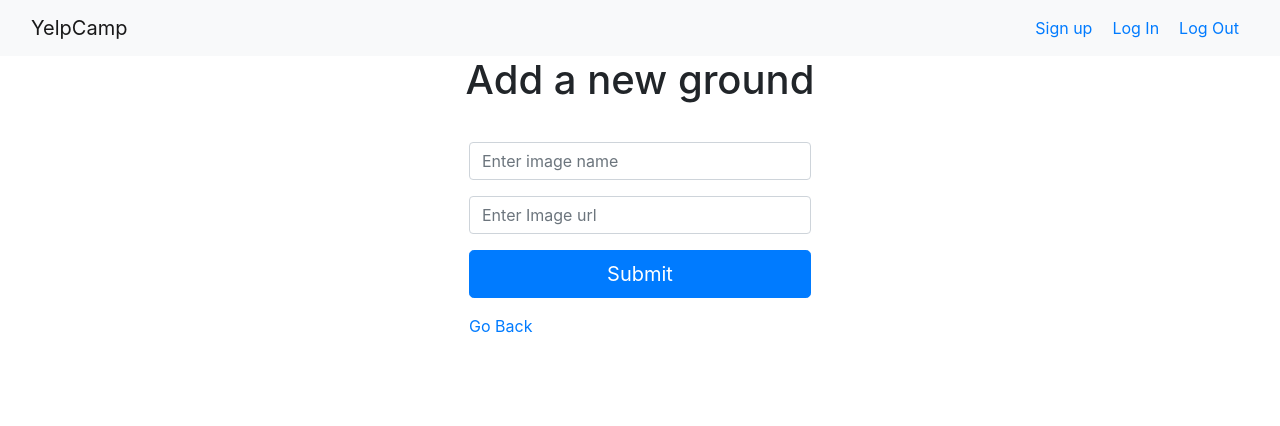
Repository: N-Verma/Webdev-Backend-
Page: http://localhost/campgrounds/new
The author's editor kept a record of every edit. The page is drawn from the files as they stood at one moment, then again after the next edit.
The browser window is 1280 px wide. The pictures show the whole page.
The page is served by the project's Node server (YelpCamp/v2/app.js).

Above is the page before.

### Web dev (backend)/environment/YelpCamp/v2/views/new.ejs
<%include partials/header%>
<div class="container">
    <h1 style="text-align:center;">Add a new ground</h1>
    <div class="row">
        <div style = "width:30%; margin:30px auto;">
            <form action="/campgrounds" method="POST">

                <div class="form-group">
                    <input class="form-control"type="text" name="name" placeholder="Enter image name">
                </div>
                <div class="form-group">
                    <input class="form-control"type="text" name="img" placeholder="Enter Image url">
                </div>
                <div class="form-group">
                    <button class="btn btn-lg btn-primary btn-block">Submit</button>
                </div>

            </form>
            <a href="/campgrounds">Go Back</a>
        </div>
    </div>

</div>

<%include partials/footer%>

### Web dev (backend)/environment/YelpCamp/v2/views/partials/header.ejs
 <!DOCTYPE html>
 <html>
     <head>
         <title>YelpCamp</title>
         <link href="https://stackpath.bootstrapcdn.com/bootstrap/4.3.1/css/bootstrap.min.css" rel="stylesheet">
         <style>
             .navbar-nav > li{
                  padding-left:10px;
                  padding-right:10px;
            }
            image{
                margin-left:20px;
                margin-right:20px;
            }
         </style>
    </head>
    <body>
    <nav class="navbar navbar-expand-lg navbar-light bg-light">
        <div class="container-fluid">
            <div class="navbar-header">
                <a class="navbar-brand" href="/">YelpCamp</a>
            </div>
            <div class="collapse navbar-collapse">
                <ul class="nav navbar-nav ml-auto">
                    <li><a href="/">Sign up</a></li>
                    <li><a href="/">Log In</a></li>
                    <li><a href="/">Log Out</a></li>
                </ul>
            </div>
        </div>
    </nav>

### Web dev (backend)/environment/YelpCamp/v2/views/partials/footer.ejs

    </body>
 </html>

### Web dev (backend)/environment/YelpCamp/v2/app.js
var express = require("express");
var app  = express();
var bodyParser = require("body-parser");
var mongoose = require("mongoose");

mongoose.connect('mongodb://localhost:27017/yourDatabase', { useNewUrlParser: true });


//schema setup
var campgroundSchema = new mongoose.Schema({
    name: String,
    image: String,
    description: String
});

var Campground = mongoose.model("Campground", campgroundSchema);

//Campground.create(
//    {
//        name: "LongCamp",
//        image:"https://s-ec.bstatic.com/images/hotel/max1024x768/121/121021906.jpg",
//        description:"This is a very long camp, stretching miles across the ocean. It has zero contact with the outside world"
//    },
//    function(err,campground){
//        if(err){
//            console.log(err);
//        } else{
//            console.log(campground);
//        }
//    }
//
//);


app.use(bodyParser.urlencoded({extended: true}));
app.set("view engine","ejs");

app.get("/", function(req,res){
   res.render("landing");
});

app.get("/campgrounds", function(req,res){
    Campground.find({},function(err, allCampgrounds){
        if(err){
            console.log(err);
        } else{
            res.render("index",{campgrounds: allCampgrounds});
        }
    });

});

app.get("/campgrounds/new",function(req, res) {
   res.render("new");
});

app.post("/campgrounds",function(req,res){
    var name = req.body.name;
    var image = req.body.img;
    var desc = req.body.description;
    var newCampground = {name:name, image:image, description:desc};
    Campground.create(newCampground,function(err,newlycreated){
        if(err){
            console.log(err);
        } else{
            res.redirect("/campgrounds");
        }
    })
});

app.get("/campgrounds/:id", function(req, res) {
    Campground.findById(req.params.id, function(err,foundCampground){
        if(err){
            console.log(err)
        } else{
            res.render("show", {campground: foundCampground});
        }
    });

})

app.listen(process.env.PORT,process.env.IP, function(){
   console.log("Yelpcamp started");
});

After the next edit:
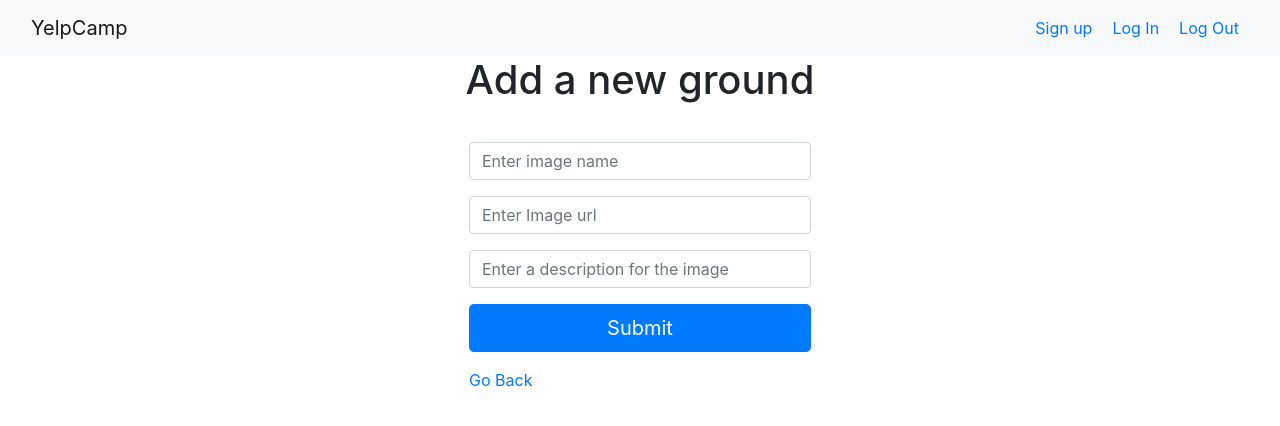
The edit:
--- a/Web dev (backend)/environment/YelpCamp/v2/views/new.ejs
+++ b/Web dev (backend)/environment/YelpCamp/v2/views/new.ejs
@@ -12,6 +12,9 @@
                     <input class="form-control"type="text" name="img" placeholder="Enter Image url">
                 </div>
                 <div class="form-group">
+                    <input class="form-control"type="text" name="description" placeholder="Enter a description for the image ">
+                </div>
+                <div class="form-group">
                     <button class="btn btn-lg btn-primary btn-block">Submit</button>
                 </div>
 
